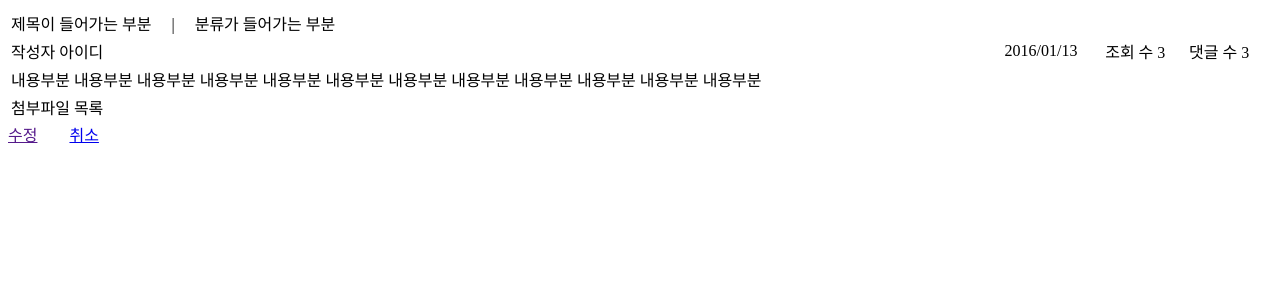
Repository: ekgus419/hckj
Page: http://localhost/Railro/WEB-INF/views/index.jsp
An editor plug-in stored every save of this project. The page is shown before and after the next save, followed by the edit.
The browser window is 1280 px wide. The pictures show the whole page.
The page is served by Tomcat 9. Nobody is signed in. The template is opened directly, without the code that normally fills it, so the values that code supplies are empty.

Above is the page before, as saved 2016-08-18 14:49:10.

After the next save:
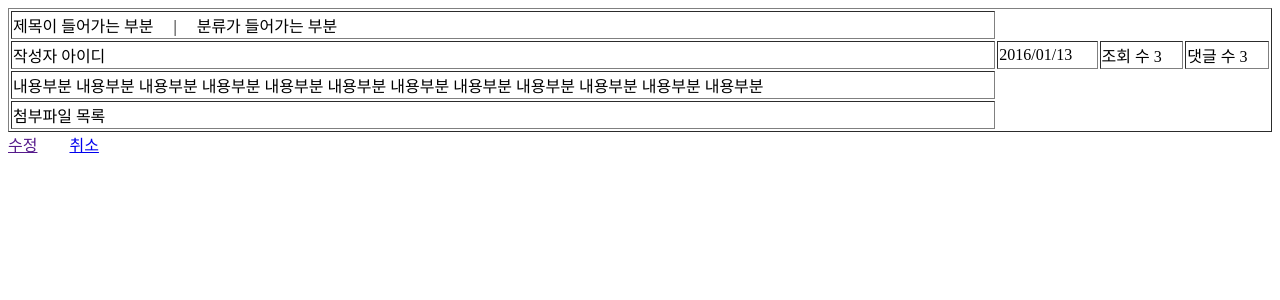
Saved 3 min 0 s later.
--- a/Railro/src/main/webapp/WEB-INF/views/index.jsp
+++ b/Railro/src/main/webapp/WEB-INF/views/index.jsp
@@ -2,7 +2,7 @@
 
 <div id="content">
 	<form action="" method="post" enctype="multipart/form-data" name="">
-		<table class="detail" width="100%">
+		<table class="detail" width="100%" border="1">
 			<tr>
 				<td>
 					제목이 들어가는 부분
